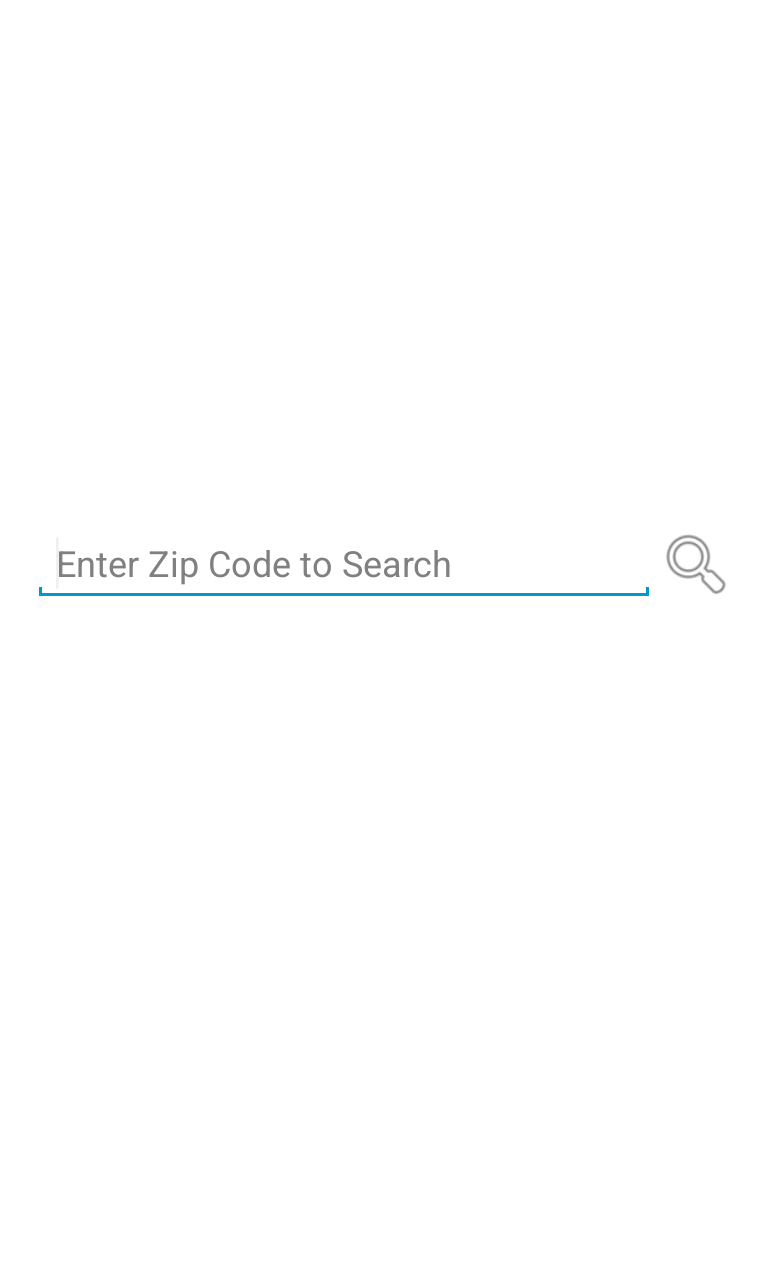
Repository: fsoDannis/J2_913
Layout: WeatherPull/res/layout/activity_main.xml
The author's editor kept a copy of each file at every save. The layout is drawn from the files as they stood at one save, then again after a run of saves.
It is drawn on a 768 x 1280 px phone screen (xhdpi) without system bars, with theme AppTheme; the app's code is not run. Lists and similar views that code fills are empty.

Above is the layout before, as saved 2013-09-08 05:01:15.

After the next 2 saves:
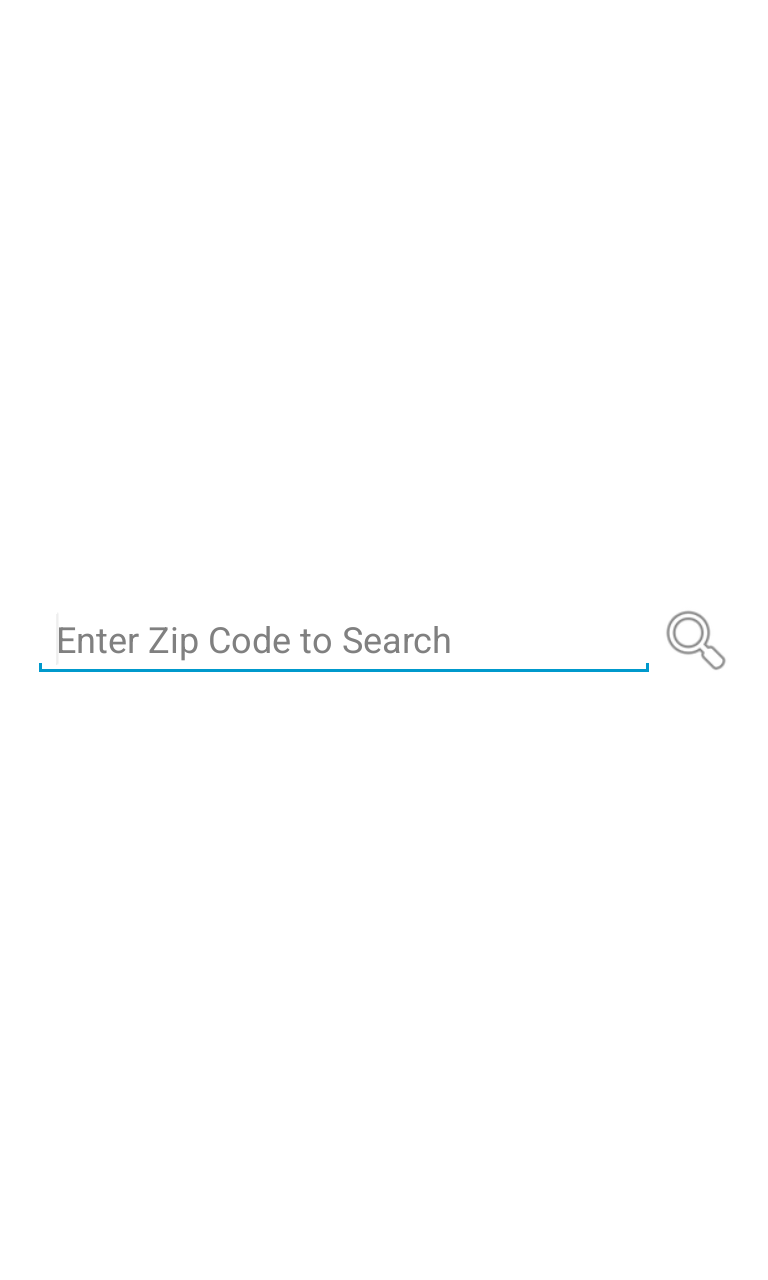
The 2 saves are shown as one change because 1 did not build or start.
The last was saved 3 min 24 s later.
--- a/WeatherPull/res/layout/activity_main.xml
+++ b/WeatherPull/res/layout/activity_main.xml
@@ -36,31 +36,18 @@
             android:layout_height="40dp"
             android:background="@android:drawable/ic_menu_search"
             tools:ignore="ContentDescription"
-            android:onClick="onClick"/> />
+            android:onClick="onClick"/>
     </LinearLayout>
+<LinearLayout
+android:layout_width="match_parent"
+        android:layout_height="wrap_content"
+        android:orientation="vertical">
 
-    <TextView
-        android:id="@+id/tv_city"
-        android:layout_width="286dp"
-        android:layout_height="wrap_content"
-        android:text="" />
-
-    <TextView
-        android:id="@+id/tv_state"
-        android:layout_width="286dp"
-        android:layout_height="wrap_content"
-        android:text="" />
-
-    <TextView
-        android:id="@+id/tv_feelsLike"
-        android:layout_width="286dp"
-        android:layout_height="wrap_content"
-        android:text="" />
-
-    <TextView
-        android:id="@+id/tv_actualTemp"
-        android:layout_width="286dp"
-        android:layout_height="wrap_content"
-        android:text="" />
+        <ListView
+            android:id="@+id/list"
+            android:layout_width="match_parent"
+            android:layout_height="match_parent"
+            android:drawSelectorOnTop="false">
+        </ListView>
 
 </LinearLayout>
